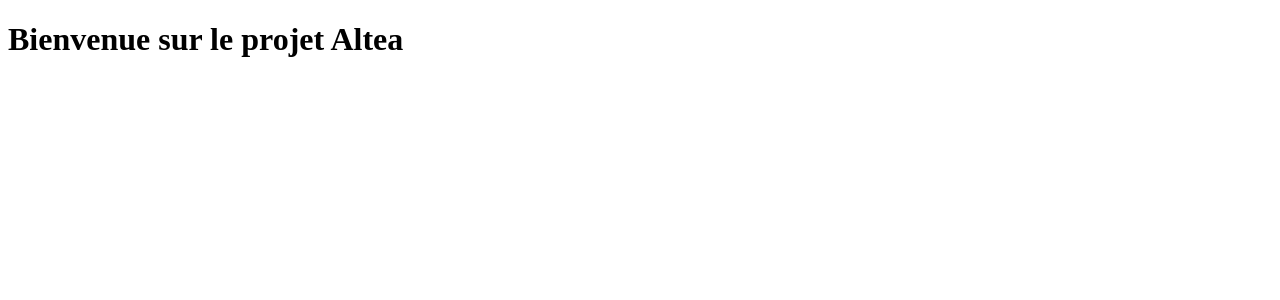
Repository: Rahimzeeeer/alteaaaa
Page: index.html
The author's editor kept a copy of each file at every save. The page is drawn from the files as they stood at one save, then again after the next save.
The browser window is 1280 px wide. The pictures show the whole page.

Above is the page before, as saved 2025-08-11 15:59:28.

### index.html
<!DOCTYPE html>
<html lang="fr">
<head>
  <meta charset="UTF-8">
  <meta name="viewport" content="width=device-width, initial-scale=1.0">
  <title>Altea</title>
</head>
<body>
  <h1>Bienvenue sur le projet Altea</h1>
</body>
</html>

### style.css

body {
  margin: 0;
  font-family: Arial, sans-serif;
}

.navbar {
  background-color: #004d4d; /* couleur proche de ta maquette */
  padding: 10px 0;
  text-align: right;
  box-shadow: 0 2px 8px rgba(0,0,0,0.3);
}

.navbar ul {
  list-style: none;
  margin: 0;
  padding: 0;
}

.navbar li {
  display: inline-block;
  margin: 0 15px;
}

.navbar a {
  color: #ccc;
  text-decoration: none;
  font-size: 16px;
  transition: color 0.3s ease;
}

.navbar a:hover {
  color: white;
}

.navbar a.active {
  font-weight: bold;
  color: white;
}

After the next save:
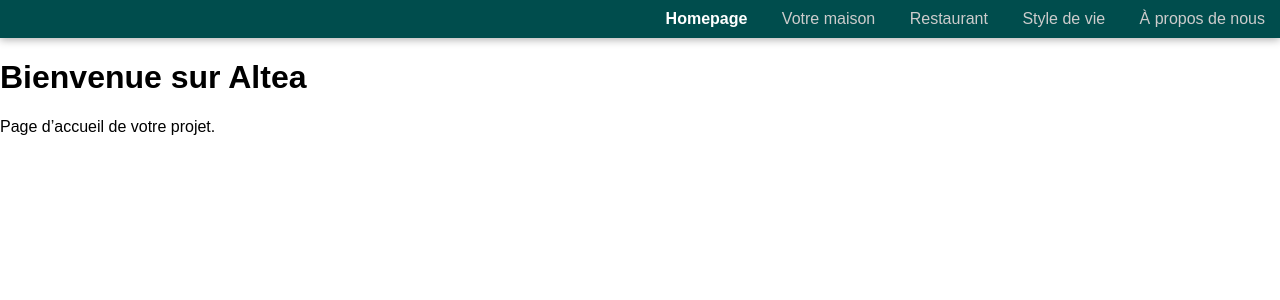
Saved 5 min 52 s later.
--- a/index.html
+++ b/index.html
@@ -3,9 +3,27 @@
 <head>
   <meta charset="UTF-8">
   <meta name="viewport" content="width=device-width, initial-scale=1.0">
-  <title>Altea</title>
+  <title>Accueil - Altea</title>
+  <link rel="stylesheet" href="style.css">
 </head>
 <body>
-  <h1>Bienvenue sur le projet Altea</h1>
+
+  <header>
+    <nav class="navbar">
+      <ul>
+        <li><a href="index.html" class="active">Homepage</a></li>
+        <li><a href="maison.html">Votre maison</a></li>
+        <li><a href="restaurant.html">Restaurant</a></li>
+        <li><a href="style.html">Style de vie</a></li>
+        <li><a href="apropos.html">À propos de nous</a></li>
+      </ul>
+    </nav>
+  </header>
+
+  <main>
+    <h1>Bienvenue sur Altea</h1>
+    <p>Page d’accueil de votre projet.</p>
+  </main>
+
 </body>
 </html>
